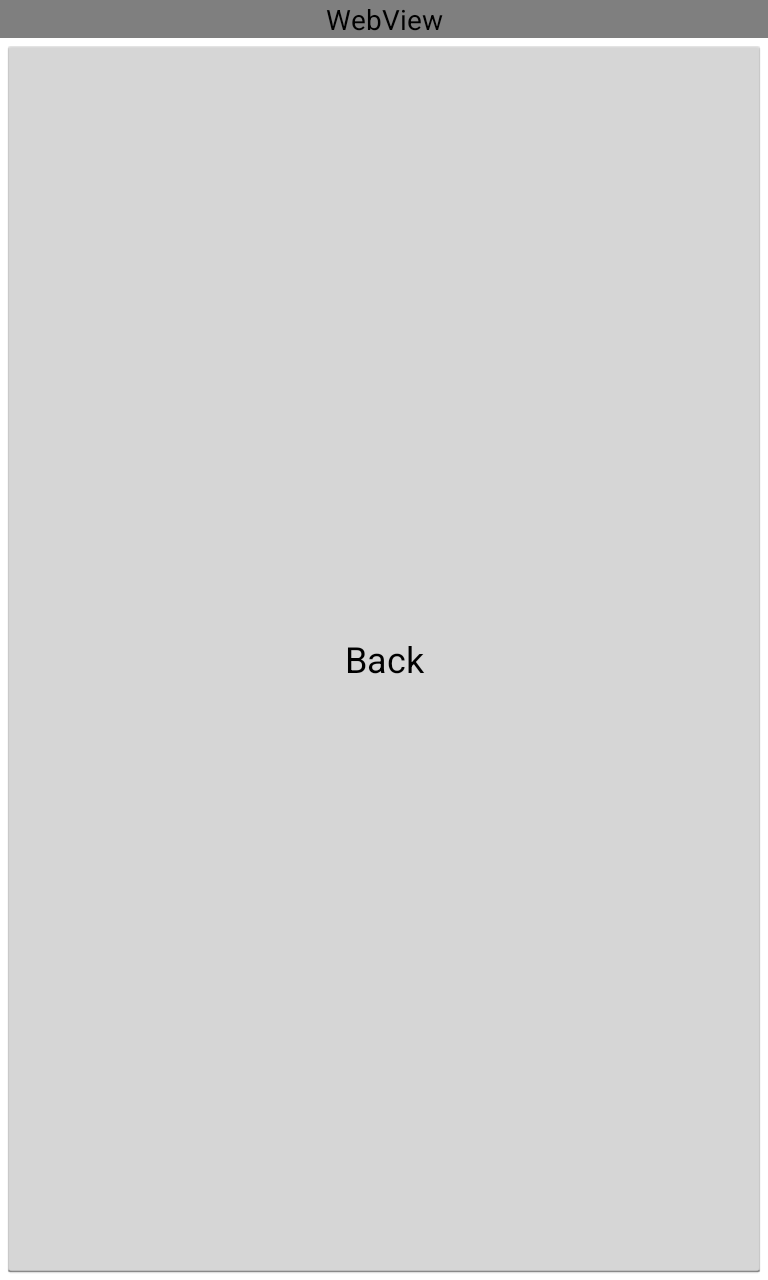
Repository: gokugohan/ddm
Layout: Aulas/res/layout/activity_webview.xml
The author's editor kept a copy of each file at every save. The layout is drawn from the files as they stood at one save, then again after a run of saves.
Pictures or frames that could not be fetched are drawn as grey boxes. It is drawn on a 768 x 1280 px phone screen (xhdpi) without system bars, with theme AppTheme; the app's code is not run.

Above is the layout before, as saved 2014-11-05 11:53:53.

### Aulas/res/layout/activity_webview.xml
<?xml version="1.0" encoding="utf-8"?>
<LinearLayout xmlns:android="http://schemas.android.com/apk/res/android"
    android:layout_width="match_parent"
    android:layout_height="match_parent"
    android:orientation="vertical" >

    <WebView
        android:id="@+id/id_wb_Browser"
        android:layout_width="match_parent"
        android:layout_height="wrap_content" />

    <Button
        android:id="@+id/id_btn_back"
        android:layout_width="match_parent"
        android:layout_height="0dp"
        android:text="@string/str_btn_back"
        android:layout_weight="0.2" />

</LinearLayout>

### Aulas/res/values/strings.xml
<?xml version="1.0" encoding="utf-8"?>
<resources>

    <string name="app_name">Aulas</string>
    <string name="aula01">Aula 01</string>
    <string name="aula02">Aula 02</string>
    <string name="Aula03">Aula 03</string>
    <string name="Aula04">Aula 04</string>
    <string name="Aula05">Aula 05</string>
    <string name="Aula06">Aula 06</string>
    <string name="Aula07">Aula 07</string>
    <string name="Aula08">Aula 08</string>
    <string name="Aula09">Aula 09</string>
    <string name="Aula10">Aula 10</string>
    <string name="navigation_drawer_open">Open navigation drawer</string>
    <string name="navigation_drawer_close">Close navigation drawer</string>
    <string name="action_example">Example action</string>
    <string name="action_settings">Settings</string>
    <string name="fragment_aula_02">Fragment Aula 02</string>
    <string name="static_class_util_message_toast">Static Class Util Message Toast</string>
    <string name="str_about_app">This app helps you to turn on/off some services</string>
    <string name="str_btn_wifi">Here will appear what\n the button does</string>
    <string name="str_put_wifi_on">Turn wifi service ON</string>
    <string name="str_put_wifi_of">Turn wifi service OF</string>
    <string name="str_info_wifi_on_fails">You requested to turn wifi ON, but it FAILED</string>
    <string name="str_info_wifi_off_fails">You requested to turn wifi OFF, but it FAILED</string>
    <string name="str_info_wifi_on_success">Wifi was OFF and it is now ON</string>
    <string name="str_info_wifi_off_success">Wifi was ON and it is now OF</string>
    <string name="str_info_device_has_no_wifi_feature">Your device reports it has NO wifi feature</string>
    <string name="str_btn_bluetooth">Turn on Bluetooth device</string>
    <string name="str_put_bluetooth_on">Turn Bluetooth service ON</string>
    <string name="str_put_bluetooth_of">Turn Bluetooth service OF</string>
    <string name="str_info_bluetooth_on_fails">You requested to turn Bluetooth ON, but it FAILED</string>
    <string name="str_info_bluetooth_off_fails">You requested to turn Bluetooth OFF, but it FAILED</string>
    <string name="str_info_bluetooth_on_success">Bluetooth was OFF and it is now ON</string>
    <string name="str_info_bluetooth_off_success">Bluetooth was ON and it is now OF</string>
    <string name="str_info_bluetooth_already_on">Bluetooth already ON</string>
    <string name="str_info_device_has_no_bluetooth_feature">Your device reports it has NO bluetooth feature</string>
    <string name="str_info">Touch and hold on a color to change it</string>
    <string name="str_nw">NE corner / Upper-right corner</string>
    <string name="str_ne">NW corner / Upper-left corner</string>
    <string name="str_sw">SE corner / Down-right corner</string>
    <string name="str_se">sw corner / Down-left corner</string>
    <string name="str_color_red">Red</string>
    <string name="str_color_yellow">Yellow</string>
    <string name="str_color_blue">Blue</string>
    <string name="str_color_green">Green</string>
    <string name="str_color_magenta">Magenta</string>
    <string name="str_color_black">Black</string>
    <string name="str_color_white">White</string>
    <string name="str_color_unknown">Unknown</string>
    <string name="str_dialog_title">Escolha uma cor</string>
    <string name="str_cancel_button">Cancelar</string>
    <string name="title_activity_aula05">Aula05Activity</string>
    <string name="hello_world">Hello world!</string>

    <string name="str_about_app_aula_cinco">Aula prática 05 - Interação com Intent</string>
    <string name="str_site1">Site DDM/</string>
    <string name="str_site2">Site ACA</string>

    <string name="str_address_site1">http://arturmarques.com/edu/ddm/</string>
    <string name="str_address_site2">http://arturmarques.com/edu/aca/</string>

    <string name="str_hint_url">Url here. Ex: http://</string>
    <string name="str_btn_back">Back</string>
</resources>

Loaded but not shown: Aulas/res/values/styles.xml (common file); Aulas/res/values-v11/styles.xml (common file); Aulas/res/values-v14/styles.xml (common file)

After the next 2 saves:
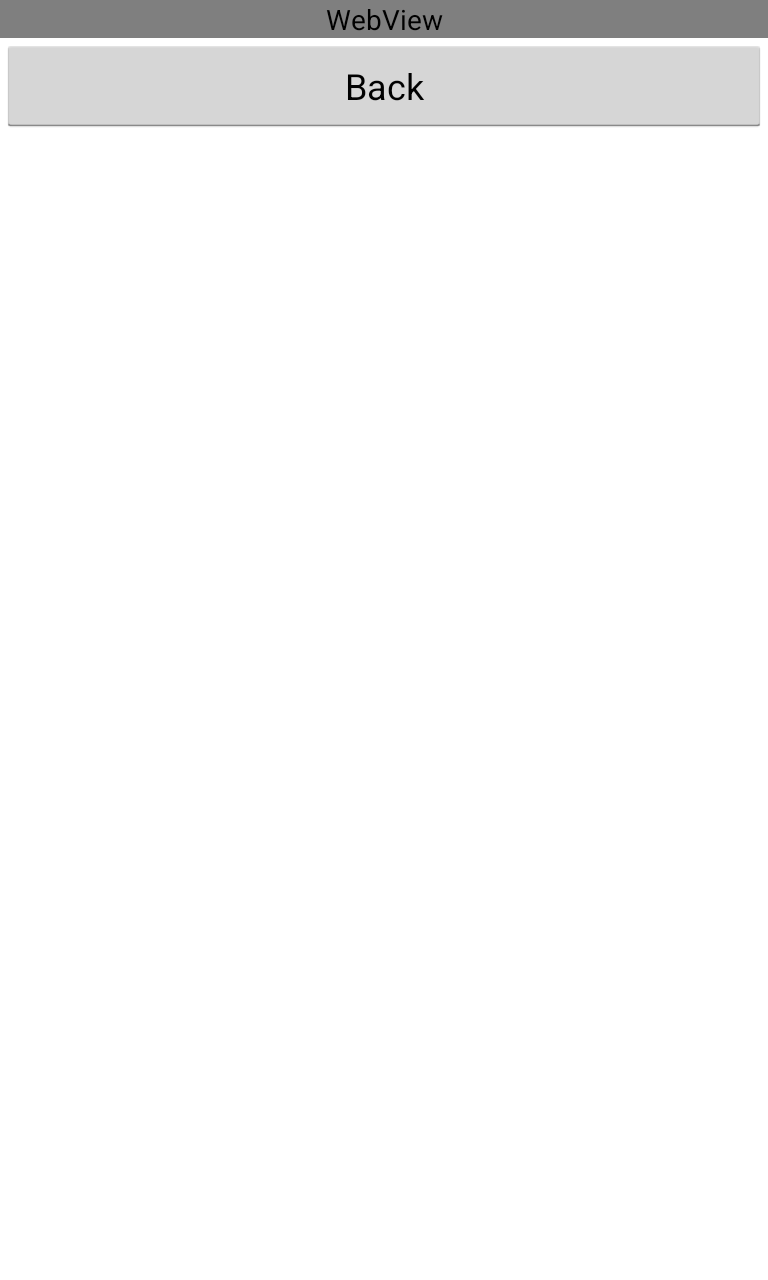
The 2 saves are shown as one change because they came seconds apart.
The last was saved 7 s later.
--- a/Aulas/res/layout/activity_webview.xml
+++ b/Aulas/res/layout/activity_webview.xml
@@ -12,8 +12,8 @@
     <Button
         android:id="@+id/id_btn_back"
         android:layout_width="match_parent"
-        android:layout_height="0dp"
+        android:layout_height="wrap_content"
         android:text="@string/str_btn_back"
-        android:layout_weight="0.2" />
+        />
 
 </LinearLayout>
